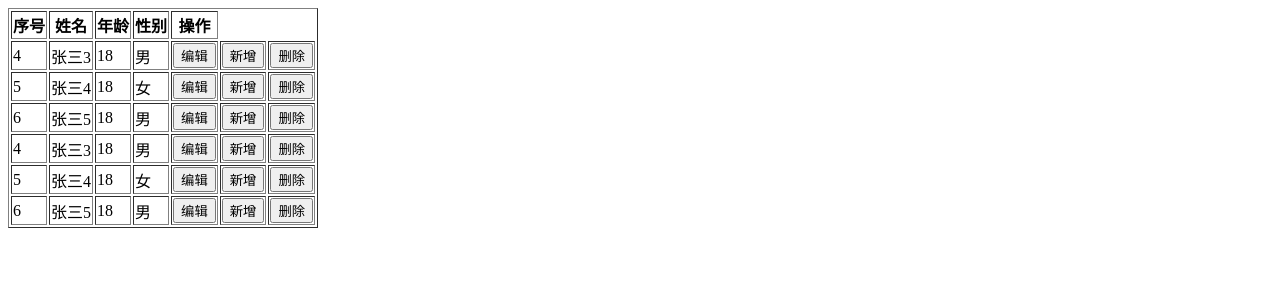
Repository: yuanritian1/5oproject50days
Page: 表格table/index.html
An editor plug-in stored every save of this project. The page is shown before and after the next save, followed by the edit.
The browser window is 1280 px wide. The pictures show the whole page.

Above is the page before, as saved 2022-09-03 10:16:58.

### 表格table/index.html
<!DOCTYPE html>
<html lang="en">

<head>
    <meta charset="UTF-8">
    <meta http-equiv="X-UA-Compatible" content="IE=edge">
    <meta name="viewport" content="width=device-width, initial-scale=1.0">
    <title>Document</title>
</head>

<body>
    <div id="containerBox">
        <table border="1">
            <thead>
                <tr>
                    <th>
                        序号
                    </th>
                    <th>
                        姓名
                    </th>
                    <th>
                        年龄
                    </th>
                    <th>
                        性别
                    </th>
                    <th>
                        操作
                    </th>
                </tr>
            </thead>
            <tbody id="content">
            </tbody>
            <tfoot id="foot">

            </tfoot>
        </table>
    </div>
</body>

</html>
<script>
    const DATE_ARR = [
        { id: '1', name: '张三', age: '18', sex: '男' },
        { id: '2', name: '张三1', age: '18', sex: '女' },
        { id: '3', name: '张三2', age: '18', sex: '男' },
        { id: '4', name: '张三3', age: '18', sex: '男' },
        { id: '5', name: '张三4', age: '18', sex: '女' },
        { id: '6', name: '张三5', age: '18', sex: '男' },
    ]
    let bodyContent = document.getElementById('content')
    function showTable(data) {
        DATE_ARR.forEach((item) => {
            bodyContent.innerHTML += `
    <tr>
        <td>${item.id}</td>
        <td>${item.name}</td>
        <td>${item.age}</td>
        <td>${item.sex}</td>
        <td><button>编辑</button></td>
        <td><button>新增</button></td>
        <td><button>删除</button></td>
        </tr>
    `
        })
    }
    function jiequ(value) {
        let arr = DATE_ARR.splice((value - 1) * 3, 3)
        showTable(arr)
    }
    jiequ(1)
    showTable(DATE_ARR)
</script>

After the next save:
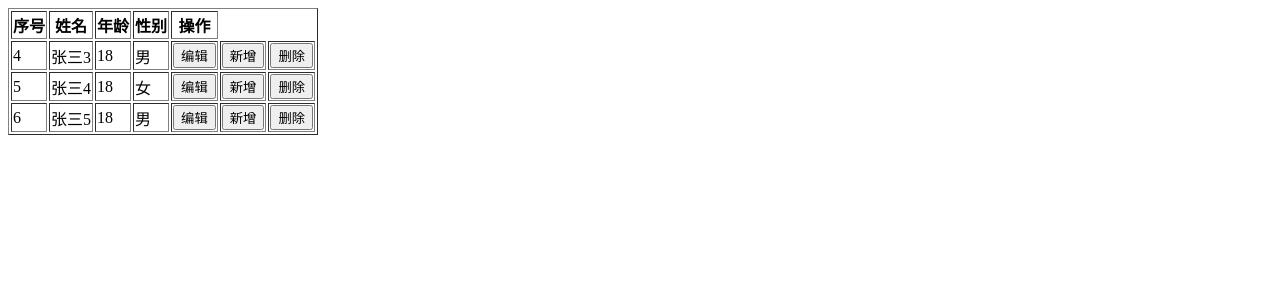
Saved 58 s later.
--- a/表格table/index.html
+++ b/表格table/index.html
@@ -70,5 +70,4 @@
         showTable(arr)
     }
     jiequ(1)
-    showTable(DATE_ARR)
 </script>
